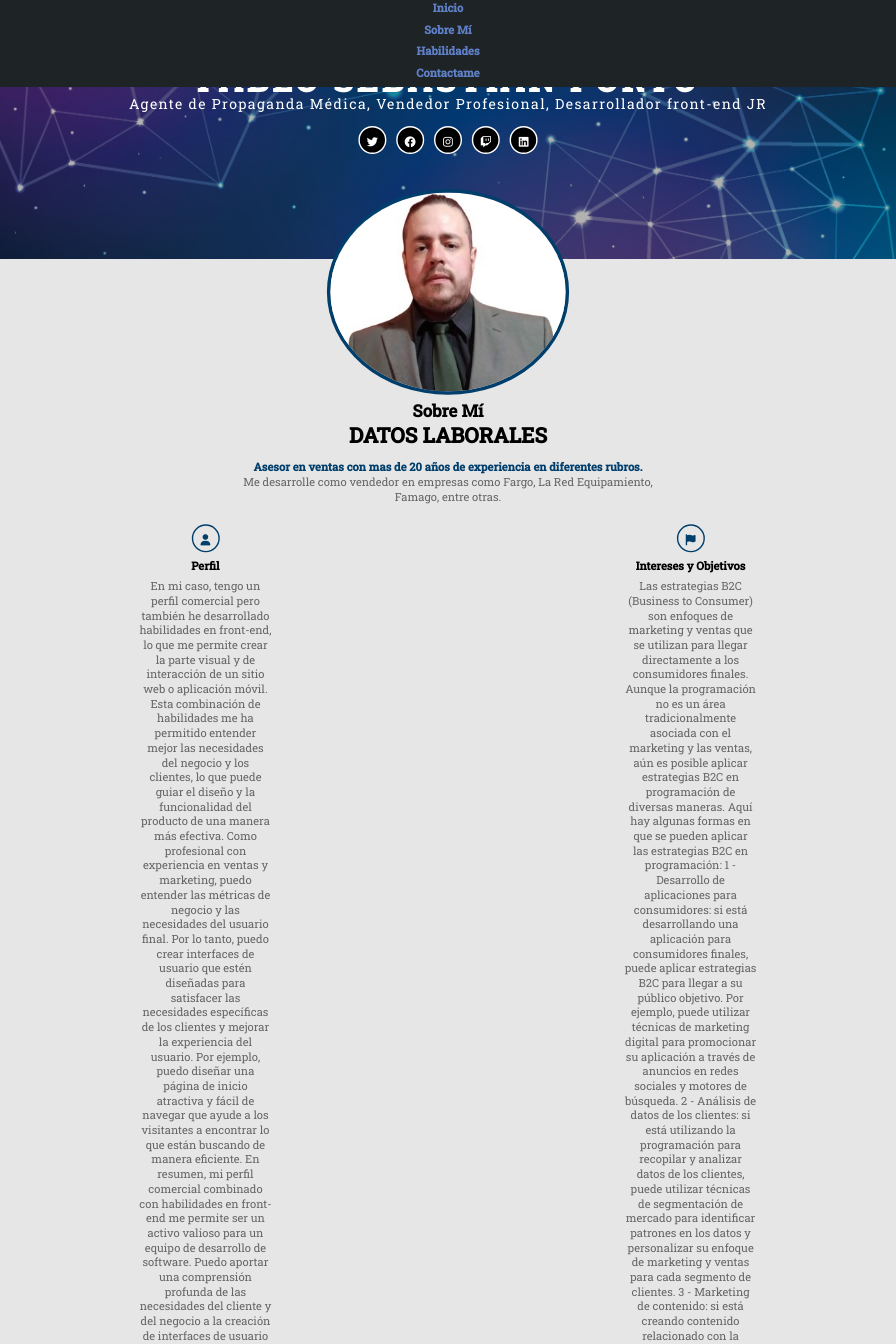
Repository: PabloSebastianPorto/Entrega-CV-1-ARG-PROG
Page: CVFINAL/CVfinal.HTML
The author's editor kept a copy of each file at every save. The page is drawn from the files as they stood at one save, then again after the next save.
The browser window is 1280 px wide. The pictures show the part of the page from y = 0 to 1920 px (the page is 2937 px tall before and 2753 px after), at 70% of full size.
Some web libraries are served in a nearby version.

Above is the page before, as saved 2023-02-27 18:09:40.

After the next save:
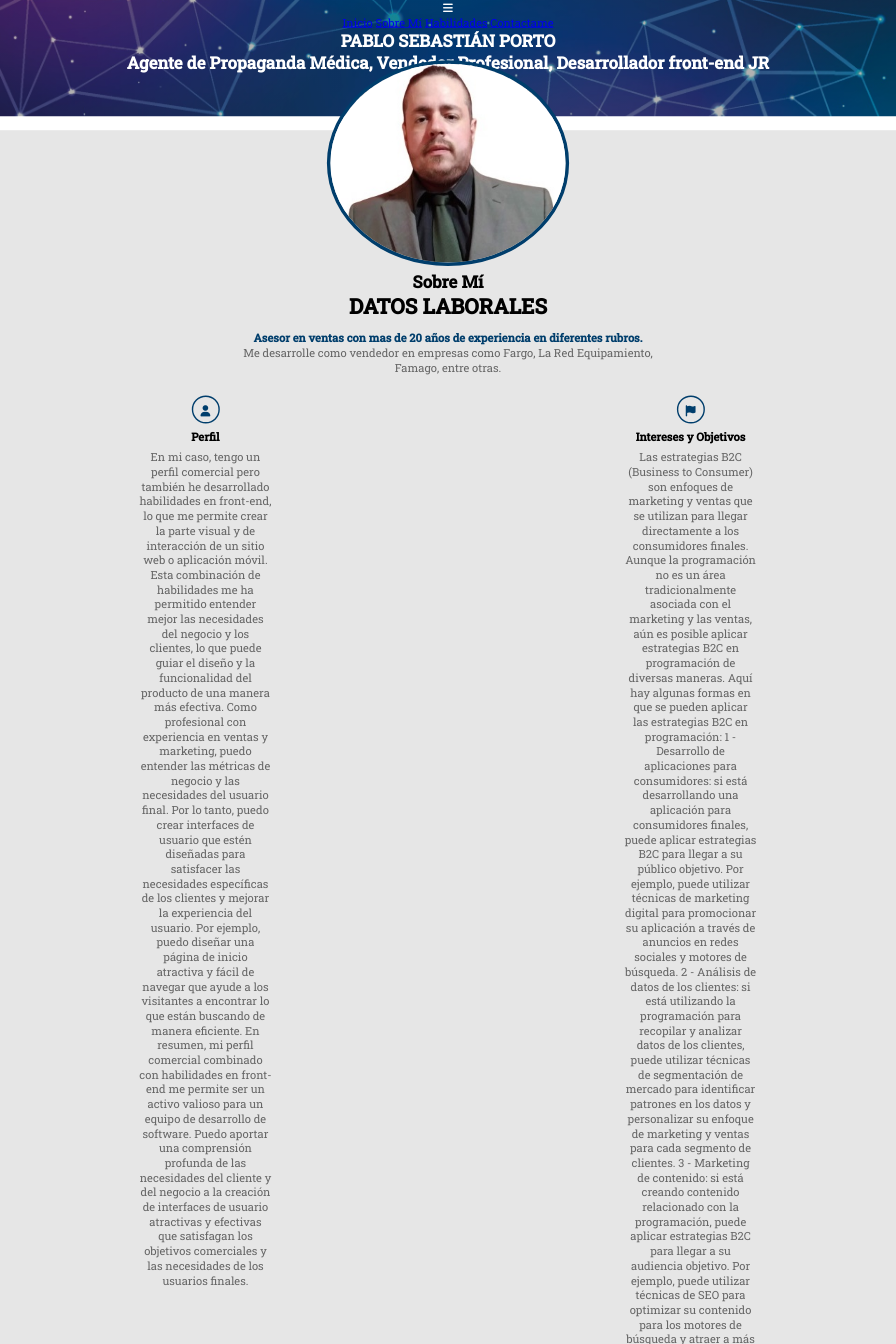
Saved 8 min 19 s later.
--- a/CVFINAL/CVfinal.css
+++ b/CVFINAL/CVfinal.css
@@ -27,10 +27,7 @@
   text-align: center;
   padding: 0 10px;
 }
-.inicio .contenido-seccion header {
-  padding: 30px;
-}
-.inicio .contenido-seccion header nav {
+.contenedor-header {
   background: #1e2326;
   position: fixed;
   width: 100%;
@@ -38,39 +35,42 @@
   left: 0;
   z-index: 99;
 }
-.inicio .contenido-seccion header nav a {
-  display: block;
-  color: #6081c8;
+.contenedor-header header {
+  max-width: 1100px;
+  margin: auto;
+  display: flex;
+  justify-content: space-between;
+  align-items: center;
+  padding: 15px 20px;
+}
+.contenedor-header header .logo a {
+  font-family: "Righteous";
+  font-size: 36px;
+  color: #1cb698;
   text-decoration: none;
-  margin-bottom: 10px;
-  font-weight: bold;
 }
-.inicio .contenido-seccion header .nav-bar {
-  position: fixed;
-  background-color: #940253;
-  font-size: 20px;
-  width: 50px;
-  height: 50px;
-  border-radius: 50%;
-  line-height: 50px;
+.contenedor-header header ul {
+  display: flex;
+  list-style: none;
+}
+.contenedor-header header nav ul li a {
+  text-align: none;
+  color: #fff;
+  margin: 0 15px;
+  padding: 3px;
+  transition: 0.5s;
+  text-decoration: none;
+}
+.contenedor-header header nav ul li a:hover {
+  color: #1cb698;
+}
+.nav-responsive {
+  background-color: #1cb698;
+  color: #fff;
+  padding: 5px 10px;
+  border-radius: 5px;
   cursor: pointer;
-  transition: 0.3s;
-}
-.inicio .contenido-seccion header .nav-bar:hover {
-  box-shadow: 0 0 35px #fff;
-}
-.inicio .contenido-seccion .info {
-  padding-bottom: 130px;
-}
-.inicio .contenido-seccion .info h1 {
-  font-size: 3rem;
-  letter-spacing: 5px;
-}
-.inicio .contenido-seccion .info h2 {
-  font-weight: normal;
-  font-size: 20px;
-  margin-top: -10px;
-  letter-spacing: 2px;
+  display: none;
 }
 .inicio .contenido-seccion .info .redes {
   margin: 20px 0;

After the save that followed:
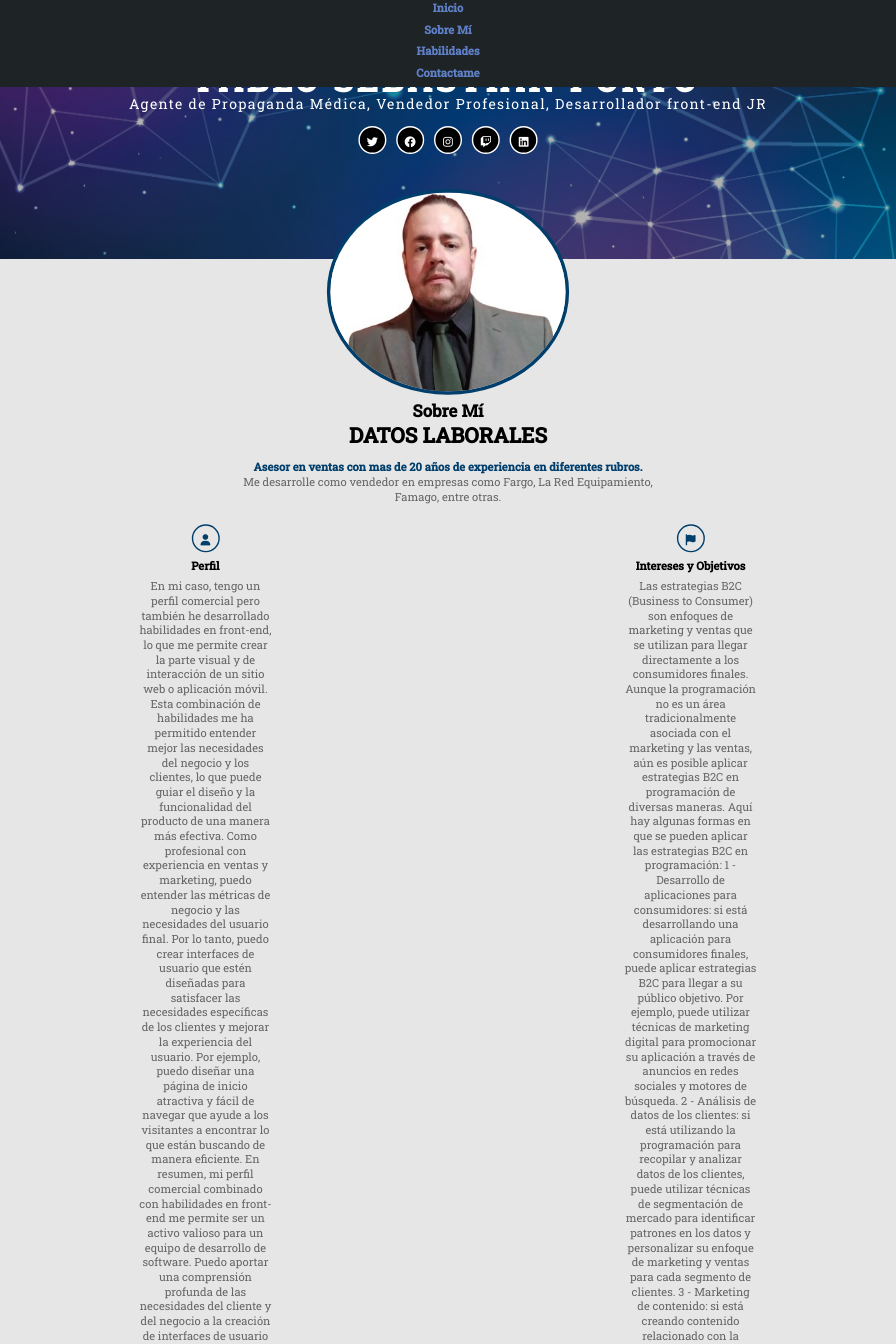
Saved 46 s later.
--- a/CVFINAL/CVfinal.css
+++ b/CVFINAL/CVfinal.css
@@ -27,7 +27,10 @@
   text-align: center;
   padding: 0 10px;
 }
-.contenedor-header {
+.inicio .contenido-seccion header {
+  padding: 30px;
+}
+.inicio .contenido-seccion header nav {
   background: #1e2326;
   position: fixed;
   width: 100%;
@@ -35,42 +38,39 @@
   left: 0;
   z-index: 99;
 }
-.contenedor-header header {
-  max-width: 1100px;
-  margin: auto;
-  display: flex;
-  justify-content: space-between;
-  align-items: center;
-  padding: 15px 20px;
+.inicio .contenido-seccion header nav a {
+  display: block;
+  color: #6081c8;
+  text-decoration: none;
+  margin-bottom: 10px;
+  font-weight: bold;
 }
-.contenedor-header header .logo a {
-  font-family: "Righteous";
-  font-size: 36px;
-  color: #1cb698;
-  text-decoration: none;
+.inicio .contenido-seccion header .nav-bar {
+  position: fixed;
+  background-color: #940253;
+  font-size: 20px;
+  width: 50px;
+  height: 50px;
+  border-radius: 50%;
+  line-height: 50px;
+  cursor: pointer;
+  transition: 0.3s;
 }
-.contenedor-header header ul {
-  display: flex;
-  list-style: none;
+.inicio .contenido-seccion header .nav-bar:hover {
+  box-shadow: 0 0 35px #fff;
 }
-.contenedor-header header nav ul li a {
-  text-align: none;
-  color: #fff;
-  margin: 0 15px;
-  padding: 3px;
-  transition: 0.5s;
-  text-decoration: none;
+.inicio .contenido-seccion .info {
+  padding-bottom: 130px;
 }
-.contenedor-header header nav ul li a:hover {
-  color: #1cb698;
+.inicio .contenido-seccion .info h1 {
+  font-size: 3rem;
+  letter-spacing: 5px;
 }
-.nav-responsive {
-  background-color: #1cb698;
-  color: #fff;
-  padding: 5px 10px;
-  border-radius: 5px;
-  cursor: pointer;
-  display: none;
+.inicio .contenido-seccion .info h2 {
+  font-weight: normal;
+  font-size: 20px;
+  margin-top: -10px;
+  letter-spacing: 2px;
 }
 .inicio .contenido-seccion .info .redes {
   margin: 20px 0;
